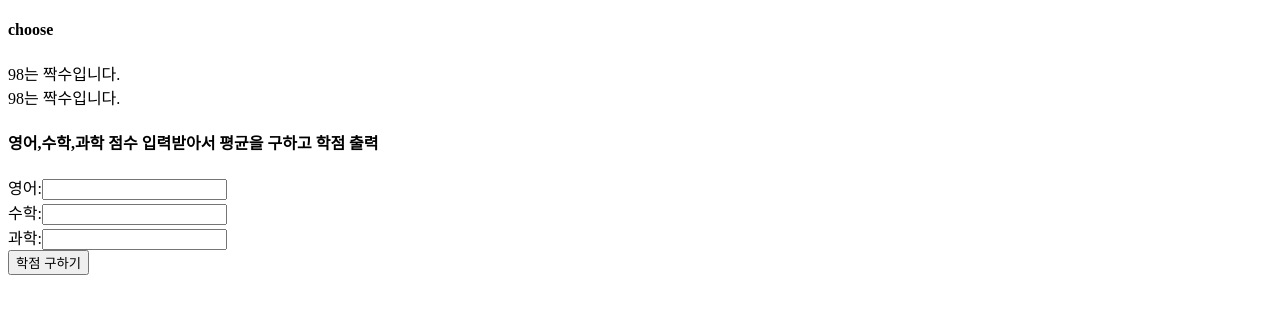
Repository: parkho96/testnum2
Page: http://localhost/jspstudy/11JSTL/Choose.jsp
These files come from the project's save history. The page is drawn as it stood at one moment and after the next save; the edit follows.
The browser window is 1280 px wide. The pictures show the whole page.
The page is served by Tomcat 9. Other server files are loaded and not shown.

Above is the page before, as saved 2023-04-10 03:33:32.

### workjsp/jspstudy/src/main/webapp/11JSTL/Choose.jsp
<%@ page language="java" contentType="text/html; charset=UTF-8"
    pageEncoding="UTF-8"%>
<%@ taglib prefix="c" uri="http://java.sun.com/jsp/jstl/core" %>
<!DOCTYPE html>
<html>
<head>
<meta charset="UTF-8">
<title>JSTL core choose/when/otherwise</title>
</head>
<body>

	<c:set var="num" value= "98"/>

	<h4>choose</h4>

	<c:choose>
		<c:when test="${num mod 2 eq 0}">
			${num}는 짝수입니다.
		</c:when>
		<c:when test="${num mod 2 eq 1}">
			${num}는 홀수입니다.
		</c:when>
	</c:choose>
	<br>
	<c:choose>
		<c:when test="${num mod 2 eq 0}">
			${num}는 짝수입니다.
		</c:when>
		<c:otherwise>
			${num}는 홀수입니다.
		</c:otherwise>
	</c:choose>




	<h4>영어,수학,과학 점수 입력받아서 평균을 구하고 학점 출력</h4>
	<form>
		영어:<input type="number" name="eng" /><br>
		수학:<input type="number" name="math" /><br>
		과학:<input type="number" name="esc" /><br>
		<input type="submit" value="학점 구하기"/>
	</form>
	<!-- 90이상 수, 80이상 우, 70이상 미, 60이상 양, 나머지 가 -->
	<!-- 평균점수 : ??? / 학점 : ?? -->


	<c:if test ="${not empty param.eng
				|| not empty param.math
				|| not empty param.esc}">
		영어 학점:
		<c:choose>
			<c:when test="${param.eng >= 90}">수</c:when>
			<c:when test="${param.eng >= 80}">우</c:when>
			<c:when test="${param.eng >= 70}">미</c:when>
			<c:when test="${param.eng >= 60}">양</c:when>
			<c:otherwise>가</c:otherwise>
		</c:choose>
		<br>
		수학 학점:
		<c:choose>
			<c:when test="${param.math >= 90}">수</c:when>
			<c:when test="${param.math >= 80}">우</c:when>
			<c:when test="${param.math >= 70}">미</c:when>
			<c:when test="${param.math >= 60}">양</c:when>
			<c:otherwise>가</c:otherwise>
		</c:choose>
		<br>
		과학 학점:
		<c:choose>
			<c:when test="${param.esc >= 90}">수</c:when>
			<c:when test="${param.esc >= 80}">우</c:when>
			<c:when test="${param.esc >= 70}">미</c:when>
			<c:when test="${param.esc >= 60}">양</c:when>
			<c:otherwise>가</c:otherwise>
		</c:choose>

		<br>

		평균점수 : ${(param.eng+param.math+param.esc)/3}<br>
		<c:set var="avg" value="${(param.eng+param.math+param.esc)/3}"/>
		평균점수2: ${avg}<br>

		전체학점:
		<c:choose>
			<c:when test="${avg >= 90}">수</c:when>
			<c:when test="${avg >= 80}">우</c:when>
			<c:when test="${avg >= 70}">미</c:when>
			<c:when test="${avg >= 60}">양</c:when>
			<c:otherwise>가</c:otherwise>
		</c:choose>
	</c:if>
</body>
</html>

After the next save:
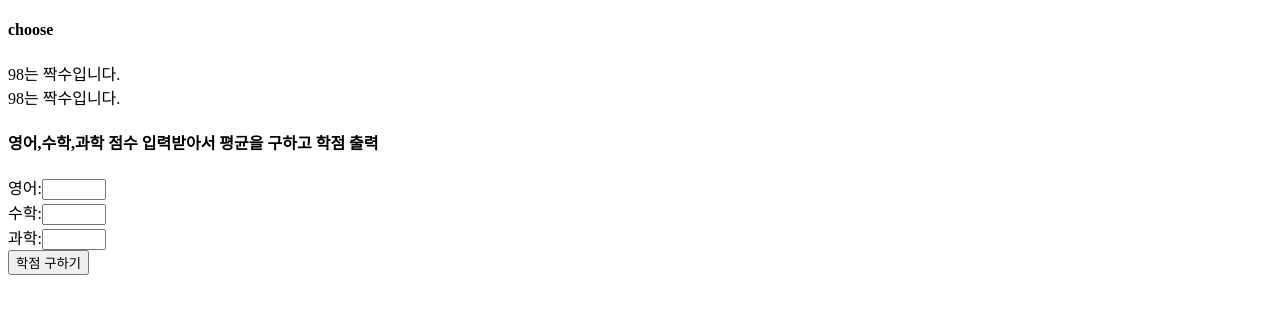
Saved 66 s later.
--- a/workjsp/jspstudy/src/main/webapp/11JSTL/Choose.jsp
+++ b/workjsp/jspstudy/src/main/webapp/11JSTL/Choose.jsp
@@ -36,9 +36,9 @@
 
 	<h4>영어,수학,과학 점수 입력받아서 평균을 구하고 학점 출력</h4>
 	<form>
-		영어:<input type="number" name="eng" /><br>
-		수학:<input type="number" name="math" /><br>
-		과학:<input type="number" name="esc" /><br>
+		영어:<input type="number" name="eng" min="0" max="100"/><br>
+		수학:<input type="number" name="math" min="0" max="100" /><br>
+		과학:<input type="number" name="esc" min="0" max="100" /><br>
 		<input type="submit" value="학점 구하기"/>
 	</form>
 	<!-- 90이상 수, 80이상 우, 70이상 미, 60이상 양, 나머지 가 -->
